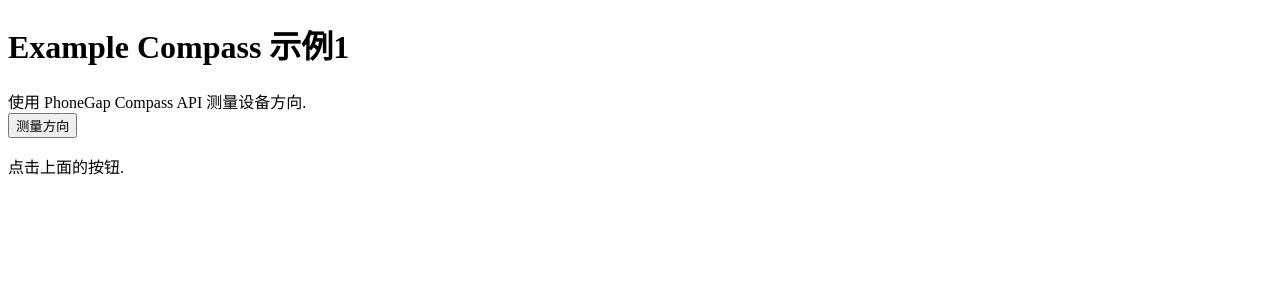
Repository: HILOLT/phonegap-demo
Page: Android/workspace/Compass/assets/www/index.html
An editor plug-in stored every save of this project. The page is shown before and after the next save, followed by the edit.
The browser window is 1280 px wide. The pictures show the whole page.

Above is the page before, as saved 2012-08-22 12:42:25.

### Android/workspace/Compass/assets/www/index.html
<!DOCTYPE html>
<html>
  <head>
    <title>Example Compass</title>
    <meta http-equiv="Content-type" content="text/html; charset=utf-8">
    <meta name="viewport" id="viewport" content="width=device-width, height=device-height, initial-scale=1.0, maximum-scale=1.0, user-scalable=no;" />
    <script type="text/javascript" charset="utf-8" src="cordova-2.0.0.js"></script>
    <script type="text/javascript" charset="utf-8">
      //Heading content
      var hc
      //PhoneGap Ready variable
      var pgr = false;
      //Has compass, assume true
      var hasCompass = true;

      function onBodyLoad() {
        //alert("onBodyLoad");
        document.addEventListener("deviceready", onDeviceReady, false);
      }

      function onDeviceReady() {
        //alert("onDeviceReady");
        //Get a handle we'll use to adjust the heading
        //content
        hc = document.getElementById('headingInfo');
        //Set the variable that lets other parts of the program
        //know that PhoneGap is initialized
        pgr = true;
      }

      function getHeading() {
        //alert("getHeading");
        if(pgr == true) {
          if(hasCompass == true) {
            //Clear the current heading content,
            //just in case it takes some time to get the reading
            hc.innerHTML = "Getting heading information from compass.";
            //get the current heading
            navigator.compass.getCurrentHeading(onHeadingSuccess, onHeadingError);
          } else {
            alert("No compass, please stop clicking the button.");
          }
        } else {
          alert("Please wait. PhoneGap is not ready.");
        }
      }

      function onHeadingSuccess(heading) {
        //alert("onHeadingSuccess");
        //We received something from the API, so...
        //first get the timestamp in a date object
        //so we can work with it
        var d = new Date(heading.timestamp);
        //Then replace the page's content with the
        //current acceleration retrieved from the API
        hc.innerHTML = "<b>Magnetic Heading:</b> " + heading.magneticHeading + "<br /><b>True Heading:</b> " + heading.trueHeading + "<br /><b>Heading Accuracy:</b> " + heading.headingAccuracy + "<br /><b>Timestamp:</b> " + d.toLocaleString();
      }

      function onHeadingError(compassError) {
        //alert("onHeadingFailure");
        if(compassError.code == CompassError.COMPASS_NOT_SUPPORTED) {
          hc.innerHTML = "Compass not available."
          alert("Compass not supported.");
          hasCompass == false;
        } else
        if(compassError.code == CompassError.COMPASS_INTERNAL_ERR) {
          alert("Compass Internal Error");
        } else {
          alert("Unknown heading error!");
        }
      }
    </script>
  </head>
  <body onload="onBodyLoad()">
    <h1>Example Compass 示例1</h1>
    <p>
      使用 PhoneGap Compass API 测量设备方向.
      <br />
      <input type="button" value="测量方向" onclick="getHeading();">
    </p>
    <p id="headingInfo">
      点击上面的按钮.
    </p>
  </body>
</html>

Loaded but not shown: Android/workspace/Compass/assets/www/cordova-2.0.0.js (no copy from this time; the picture is the same without it)

After the next save:
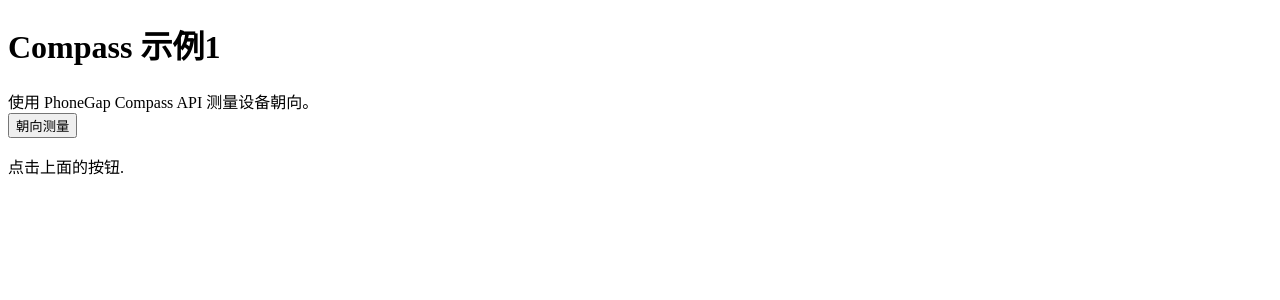
Saved 57 min 23 s later.
--- a/Android/workspace/Compass/assets/www/index.html
+++ b/Android/workspace/Compass/assets/www/index.html
@@ -72,11 +72,11 @@
     </script>
   </head>
   <body onload="onBodyLoad()">
-    <h1>Example Compass 示例1</h1>
+    <h1>Compass 示例1</h1>
     <p>
-      使用 PhoneGap Compass API 测量设备方向.
+      使用 PhoneGap Compass API 测量设备朝向。
       <br />
-      <input type="button" value="测量方向" onclick="getHeading();">
+      <input type="button" value="朝向测量" onclick="getHeading();">
     </p>
     <p id="headingInfo">
       点击上面的按钮.
